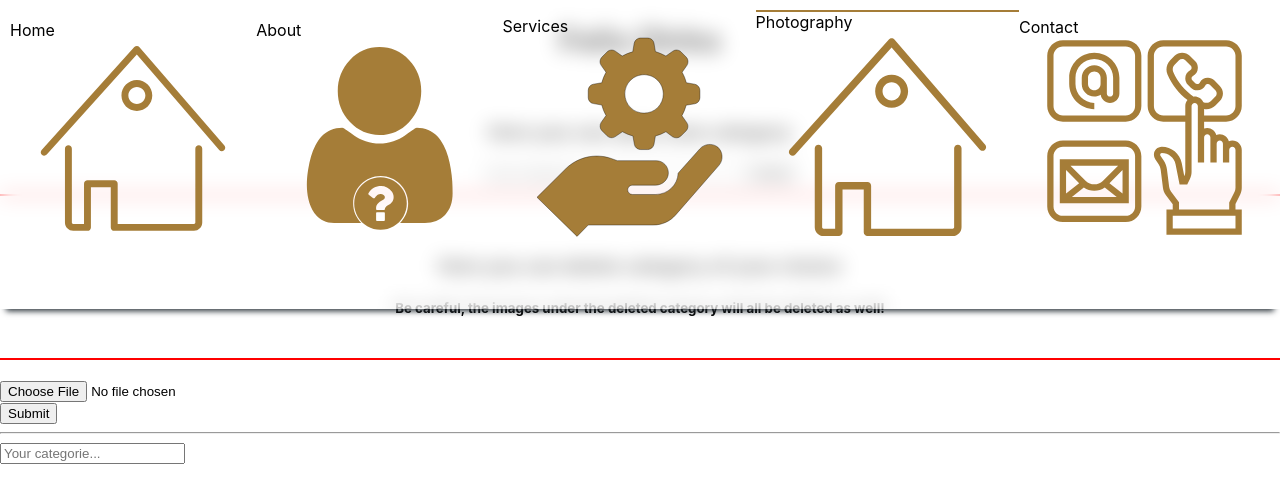
Repository: muhanad-musawi/backend-projekt-frondend
Page: /Photography (app in pohtographer/)
These files come from the project's save history. The page is drawn as it stood at one moment and after the next save; the edit follows.
The browser window is 1280 px wide. The pictures show the whole page.
The page's requests for data from a server got no answer. The project was rebuilt for these pictures with package versions that can differ from the ones it lists, and the page was loaded fresh each time. The framework's server and built-in components were replaced by stand-ins that run in the browser. No one was signed in, and anything a server would have sent is missing. Also part of the build but not shown: pohtographer/next.config.js, pohtographer/styles/Footer.module.css.

Above is the page before, as saved 2022-03-24 09:20:11.

### pohtographer/pages/_app.js
import '../styles/globals.css'
import Layout from '../layouts/default'

function MyApp({ Component, pageProps }) {


  const getLayout = Component.getLayout
  || ((page) => (<Layout>{page}</Layout>))

  return  getLayout (<Component {...pageProps} />


  )

}

export default MyApp

### pohtographer/pages/Photography.jsx
import styles from "../styles/Photography.module.css";
import Image from "next/image";
import { useState, useEffect } from "react";
import GetAllCategory from "../components/GetAllCategory";
import AddCategory from "../components/AddCategory";
import DeleteCategory from "../components/DeleteCategory";
import AddPhoto from "../components/AddPhoto";
import CategorieImage from "../components/CategorieImage";

function Photography() {

  const initialInput = {
    categorie: "",
  };

  const [categories, setCategories] = useState([]);
  const [inputs, setInputs] = useState(initialInput);
  const [param, setParam] = useState("")


  useEffect(() => {
    fetchCategoriesData();
  }, []); //Dependancy Array

  const BACKEND_URL =
    process.env.NEXT_PUBLIC_BACKEND_URL; /* || 'http://localhost:4000' */
  const RECORDS_PATH = BACKEND_URL + "/photo-gallery/all";

  //console.log(BACKEND_URL);

  // get all categorie  ↓

  const fetchCategoriesData = async () => {
    /*'http://localhost:4000/photo-gallery'*/

    await fetch(RECORDS_PATH)
      .then((response) => response.json())
      .then((data) => {
        //console.log("data" + data)
        setCategories(data);
        //console.log("categorie" + categories)
      })
      .catch((err) => console.log(err));
  };

  // get all categorie ↑

  // new categorie Add ↓

  function handleInputChange(event) {
    const value = event.target.value;
    const name = event.target.name;
    setInputs({
      ...inputs,
      [name]: value,
    });
  }
  console.log(inputs);
  const Categorie_PATH = BACKEND_URL + "/photo-gallery/new";

  const fetchCategoryAddData = (category) => {
    console.log("category:" + category);

    /*'http://localhost:4000/records'*/

    const categoryJson = JSON.stringify(category);
    fetch(Categorie_PATH, {
      method: "POST",
      headers: {
        "Content-Type": "application/json",
      },
      body: categoryJson,
    })
      .then((response) => {
        if (response.status !== 201) {
          alert("An Error occured");
          return;
        } else {
          fetchCategoriesData(); //router.reload(window.location.pathname) //navigate("/Photography", { replace: true });
          return response.json();
        }
      })
      .catch((err) => console.log(err));
  };

  function handleSubmit(event) {
    event.preventDefault();
    if (
      categories.find((category) => category.categorie === inputs.categorie)
    ) {
      alert("category exist");
    } else {
      const newCategory = {
        ...inputs,
      };
      fetchCategoryAddData(newCategory);
    }
  }

  // New categorie add ↑

  // categorie delete ↓

  async function onDelete(id) {
    let check = prompt("Type YES to delete");
    if (check === "YES" || check === "yes") {
      console.log("id", id);
      await fetch(BACKEND_URL + `/photo-gallery/${id}`, {
        method: "delete",
      })
        .then((response) => {
          if (response.status !== 200) {
            return;
          } else {
            //Wenn wir die API selber besitzen
            //fetchUserData()
            setCategories(
              categories.filter((category) => {
                return category._id !== id;
              })
            );
          }
        })
        .catch((error) => console.log(error));
    } else {
      alert("Wrong Delete");
    }
  }

  const handleInputChangeCategory = (e) =>{
    setParam(e.target.value.toLowerCase())
  }

  // categorie delete ↑

  return (
    <div>
      <div className={styles.addCategory}>
        <AddCategory
          inputs={inputs}
          handleSubmit={handleSubmit}
          handleInputChange={handleInputChange}
        />
      </div>

      <div className={styles.deleteCategory}>
        <DeleteCategory categories={categories} onDelete={onDelete} />
      </div>



      <div>
        <GetAllCategory categories={categories} />
      </div>



     <div>
     <AddPhoto categories={categories}/>
     </div>


     <div>
       <input onChange={handleInputChangeCategory} type="text" placeholder="Your categorie..."/>
       <CategorieImage
        categories={categories}
        param={param}
        />
     </div>


    </div>
  );
}

export default Photography;

### pohtographer/styles/globals.css
html,
body {
  padding: 0;
  margin: 0;
  font-family: -apple-system, BlinkMacSystemFont, Segoe UI, Roboto, Oxygen,
    Ubuntu, Cantarell, Fira Sans, Droid Sans, Helvetica Neue, sans-serif;
}

a {
  color: inherit;
  text-decoration: none;
}

* {
  box-sizing: border-box;
}

### pohtographer/layouts/default.jsx

import Header from '../components/Header'

import Footer from '../components/Footer'
import Head from 'next/head'


function Layout ({children}) {
  return (
    <div>
       <Header/>
       <Head>
        <title>my-App</title>
        <meta name="description" content="Generated by create next app" />
        <link rel="icon" href="/favicon.ico" />
      </Head>
      {children}
      <Footer/>
    </div>
  )
}

export default Layout

### pohtographer/styles/Photography.module.css
 .addCategory {
   text-align: center;
   margin: 10px 0;
   padding: 10px 0;
   border-bottom: 2px solid red;
 }

 .deleteCategory {
  text-align: center;
  margin: 20px 0;
  padding: 20px 0;
  border-bottom: 2px solid red;
 }

 .deleteCategoryBTN {
   display: flex;
   justify-content: space-evenly;
   align-items: center;

 }

### pohtographer/components/GetAllCategory.jsx
import styles from '../styles/GetAllCategory.module.css'




function GetAllCategory ({categories}){

  return (
    <div className={styles.imageCategory} >
      {categories.map((category, index) => (
        <div key={index}>
          <ul className={styles.ulCategory} key={index}>
            <li key={index}>{category.categorie} </li>
          </ul>
        </div>
      ))}
    </div>
  );
};

export default GetAllCategory;

### pohtographer/components/AddCategory.jsx
import styles from '../styles/AddCategory.module.css'


function AddCategory({handleSubmit , inputs ,   handleInputChange}) {
  return (
    <div>
      <h3>Here you can add a new category</h3>
      <form className="addRecordsForm" action="" onSubmit={handleSubmit}>
        <input
          type="text"
          name="categorie"
          placeholder=" new categorie"
          value={inputs.categorie}
          size="30"
          maxLength="50"
          onChange={handleInputChange}
        ></input>
        <input type="submit" value="Send" />
      </form>
    </div>
  )
}

export default AddCategory

### pohtographer/components/DeleteCategory.jsx
import styles from "../styles/DeleteCategory.module.css";

function DeleteCategory({ categories, onDelete }) {
  return (
    <div>
      <h3>Here you can delete category of your choice</h3>
      <h5>
        Be careful, the images under the deleted category will all be deleted as
        well!
      </h5>
      <div className={styles.deleteCategoryBTN}>
        {categories.map((category, index) => (
          <div>
            <div key={index}>
              <button onClick={() => onDelete(category._id)}>
                🗑️ {category.categorie}
              </button>
            </div>
          </div>
        ))}
      </div>
    </div>
  );
}

export default DeleteCategory;

### pohtographer/components/AddPhoto.jsx
 import {useState} from 'react'

 function AddPhoto({categories}) {
  const BACKEND_URL = process.env.NEXT_PUBLIC_BACKEND_URL;
  const RECORDS_PATH = BACKEND_URL + "/photos/new";

  const API_PHOTO_NAME = "uploaded_file"

  const [newFile, setNewFile] = useState({ photo: "" });
  const [photoCategorie, setPhotoCategorie] = useState("events");
  const [imageSrc, setImageSrc] = useState(""); // Bild als Daten (String)

  const handleSubmit = async (e) => {

    e.preventDefault();
    const formData = new FormData();
    formData.append(API_PHOTO_NAME, newFile.photo);
    //console.log( "formData"+formData)
    //console.log("categorie"+photoCategorie)

    await fetch(RECORDS_PATH , {
      method: "POST",
      body: formData,
    })
    .then((response)=>{
      console.log("response" + response.status)
      if(response.status === 201){
        alert("Image was saved!")
        setNewFile("");
        setImageSrc("")
        setPhotoCategorie("")
      } else{
        alert("Some Error occured")
      }
    })
    .catch((error)=>console.log(error))
  };

  const handlePhoto = (e) => {
    const [file] = e.target.files;
    if (file) {
      setImageSrc(URL.createObjectURL(file));
    }
    setNewFile({ photo: file });
  };

  return (
    <div>
      <form onSubmit={handleSubmit} encType="multipart/form-data">
        <input
          type="file"
          accept=".png, .jpg, .jpeg"
          name="photo"
          onChange={handlePhoto}
        />
        <br />
        {imageSrc.length === 0 ? null : (
          <div>
            Image Preview...
            <img width="20%" height="auto" src={imageSrc} alt="text" />
          </div>
        )}

        {/*
        <select onChange={(e)=>setPhotoCategorie(e.target.value)}>
          {categories.map((categorie, index) => <option key={index} value={categorie}>{categorie}</option>)}
        </select>
        */}
        <input type="submit" />
        <hr />
      </form>
    </div>
  );
}
export default AddPhoto;

### pohtographer/components/CategorieImage.jsx
import React, { useEffect, useState } from 'react';
import styles from '../styles/CategorieImage.module.css';

function CategorieImage({categories, param}) {

  const [images,setImages] = useState([]);

  useEffect(()=>{
    fetchAllImages()
  }, [])

  const fetchAllImages = async () => {

    const BACKEND_URL =
    process.env.NEXT_PUBLIC_BACKEND_URL; /* || 'http://localhost:4000' */
    const RECORDS_PATH = BACKEND_URL + "/photos/all";
    /*'http://localhost:4000/photos/all'*/

    await fetch(RECORDS_PATH)
      .then((response) => response.json())
      .then((data) => {
        //console.log("data" + data)
        setImages(data);
        //console.log("categorie" + categories)
      })
      .catch((err) => console.log(err));
  };


 // events muss durch user input ausgetauscht werden in der filter funktion fuer die darstellung
 //  {images.filter(image.pathCategorie==="events").map((image,

  if (categories.includes(param)) {
    return(
      images.filter(image.pathCategorie===param).map((image,
        <div key={index}>
          <img src={image.path} alt="picture"/>
        </div>
      ))
    )
  }
  return (
    <div className= {styles.imgMap} >
      {
        images.map((image, index) => (
          <div className={styles.imgContainer} key={index}>
            <img className={styles.img} src={image.path} alt="picture"/>
          </div>
        ))
      }
    </div>
  )
}

export default CategorieImage

### pohtographer/components/Header.jsx
import Link from 'next/link'
import Image from 'next/image'
import home from '../img/home.svg'
import about from '../img/about.svg'
import service from '../img/service.svg'
import experience from '../img/experience.svg'
import contact from '../img/contact.svg'

import styles from '../styles/Header.module.css'
import { useRouter } from "next/router";



function Header() {

  const router = useRouter();

  return (
    <div className={styles.navbarCenter} >
      <h1 className={styles.logoName}>Felix Dirks</h1>
    <div className={styles.headerLinks}>

        <Link href="/">
          <a className={router.pathname == "/" ? styles.active : ""}><span className='desktopVersion'>Home</span>
        <span className='mobileVersion'>

        <Image src={home} alt="home" />

        </span></a>
        </Link>

        <Link href="/About">
          <a className={router.pathname == "/About" ? styles.active : ""}>
          <span className='desktopVersion'>About</span>
        <span className='mobileVersion'>

        <Image src={about} alt="home" />

        </span>
          </a>
        </Link>

        <Link href="/Services">
          <a className={router.pathname == "/Services" ? styles.active  : ""}>
          <span className='desktopVersion'>Services</span>
        <span className='mobileVersion'>

        <Image src={service} alt="home" />

        </span>
          </a>
        </Link>

        <Link href="/Photography">
          <a className={router.pathname == "/Photography" ? styles.active  : ""}>
          <span className='desktopVersion'>Photography</span>
        <span className='mobileVersion'>

        <Image src={home} alt="home" />

        </span>
          </a>
        </Link>

        <Link href="/Contact">
          <div className={router.pathname == "/Contact" ? styles.active : ""}>
          <span className='desktopVersion'>Contact</span>

        <span className='mobileVersion'>

        <Image src={contact} alt="contact" />

        </span>
          </div>
        </Link>

        </div>

    </div>
  )
}

export default Header

### pohtographer/components/Footer.jsx
import styles from '../styles/Footer.module.css'

function Footer() {
  return (
    <div className={styles.footer} >

    </div>
  )
}

export default Footer

### pohtographer/styles/GetAllCategory.module.css

.imageCategory{
  display: flex;
  justify-content: space-evenly;

}

.ulCategory{
  list-style-type: none;
 }

### pohtographer/styles/DeleteCategory.module.css

.deleteCategoryBTN {
  display: flex;
  justify-content: space-evenly;
  align-items: center;

}

### pohtographer/styles/CategorieImage.module.css

.imgMap{
  width: 100%;

}

.imgContainer{
  margin: 20px 10px;
}

.img{
  width: 40%;
}

### pohtographer/styles/Header.module.css
/*
$color-white:#ffffff;
$footer-color:#737373;
$color-gold:#a57d38;
$color-dark:#242d34;
*/




.navbarCenter{
  width: 100%;
  display: flex;
  justify-content: center;

}

.headerLinks{
  -webkit-backdrop-filter: blur(10px);
    backdrop-filter: blur(10px);
    background-color: rgba(255, 255, 255, 0.5);

  margin: auto auto;
  padding: 10px;
  margin-bottom: 50px;
  display: flex;
  justify-content: space-around;
  align-items: center;

  border-radius: 40px;
  overflow: hidden;
  position: fixed;
  bottom: 0;
  width: 85%;
}

 .mobileVersion{
  display: flex;
  justify-content: center;
  align-items: center;
  visibility: visible;
  border: 1px solid  #a57d38;
  border-radius: 60%;
}
 .mobileVersion:hover{
  border: 1px solid  #a57d38;
  background-color: #242d34;
  border-radius: 60%;
}
.active{
  background-color: #242d34;
  border-radius: 60%;
  border: 2px solid  #a57d38;
}

.mobileVersion img {
  width: 40px;
  margin: 5px;
  margin-left:10px ;
  margin-right:10px ;
  margin-top: 10px;
}

.desktopVersion{
  display: none;
  visibility: hidden;
}



@media screen and (min-width: 1024px) {

  .navbarCenter{

    position: sticky;
    overflow: hidden;
    z-index: 2;
    top: 0;

    width: 100%;
  }


  .headerLinks{
    width: 100%;
    -webkit-backdrop-filter: blur(10px);
      backdrop-filter: blur(10px);
      background-color: rgba(255, 255, 255, 0.5);


    justify-content: space-around;
    margin-top: 0px ;
    margin-bottom: 0px;
    border-radius: 0;
    bottom:unset;


    -webkit-box-shadow: 0 8px 6px -6px #242d34;
    -moz-box-shadow: 0 8px 6px -6px #242d34;
         box-shadow: 0 8px 6px -6px #242d34;
  }


  .active{

    background-color:initial;
    border-radius: 0;
    border: none;
    border-top: 2px solid #a57d38;
  }

   .mobileVersion{
    display: none;
    visibility: hidden;
  }
  .desktopVersion{



    display: block;
    visibility: visible;
  }




}

Loaded but not shown: pohtographer/styles/AddCategory.module.css (no stored copy; drawn as an empty file)

After the next save:
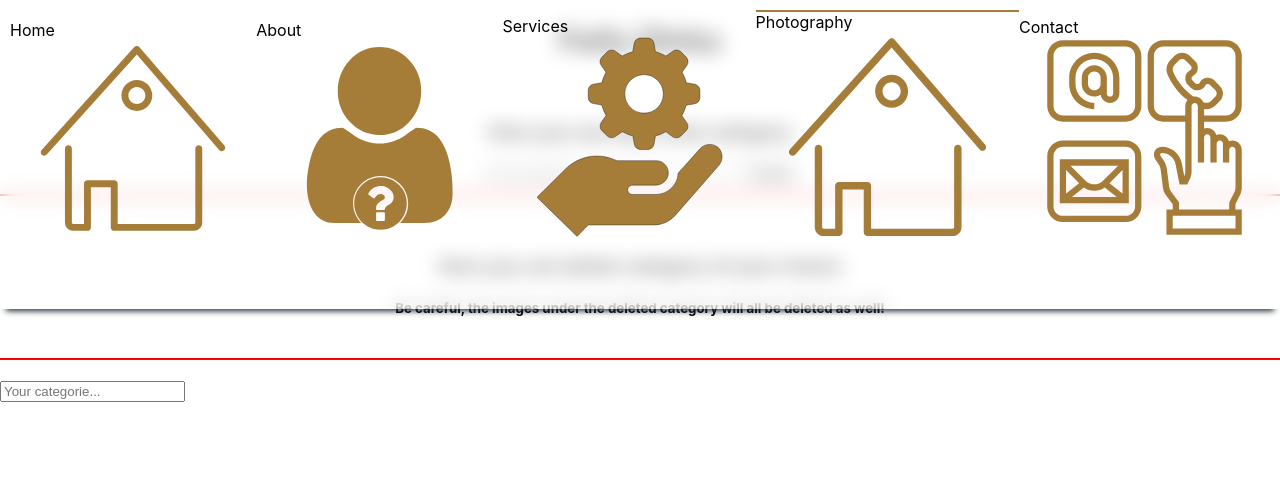
Saved 18 s later.
--- a/pohtographer/pages/Photography.jsx
+++ b/pohtographer/pages/Photography.jsx
@@ -155,9 +155,7 @@ function Photography() {
 
 
 
-     <div>
-     <AddPhoto categories={categories}/>
-     </div>
+
 
 
      <div>

After the save that followed:
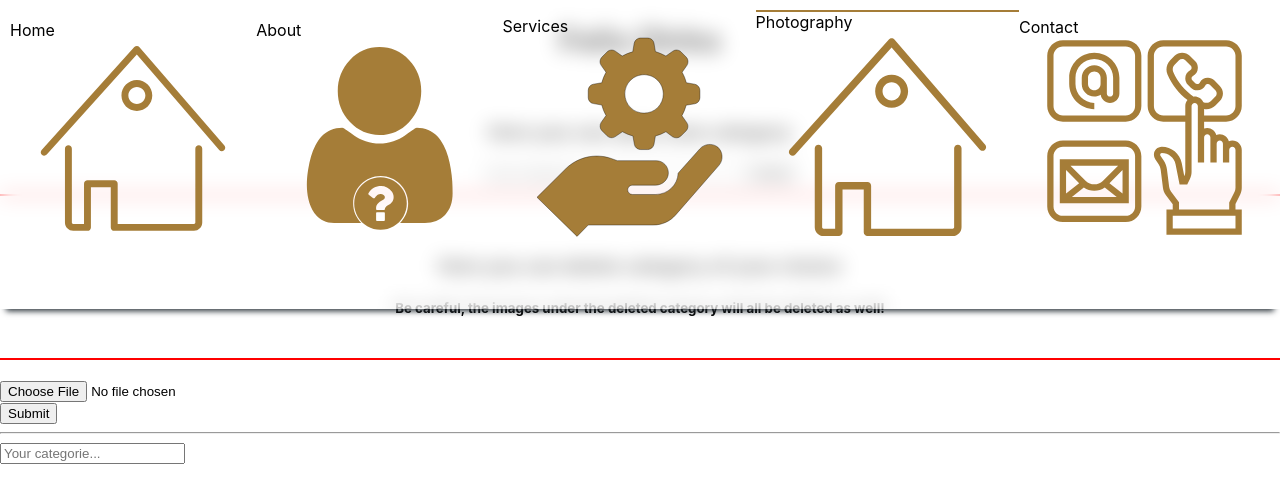
Saved 5 s later.
--- a/pohtographer/pages/Photography.jsx
+++ b/pohtographer/pages/Photography.jsx
@@ -147,6 +147,9 @@ function Photography() {
         <DeleteCategory categories={categories} onDelete={onDelete} />
       </div>
 
+      <div>
+     <AddPhoto categories={categories}/>
+     </div>
 
 
       <div>
